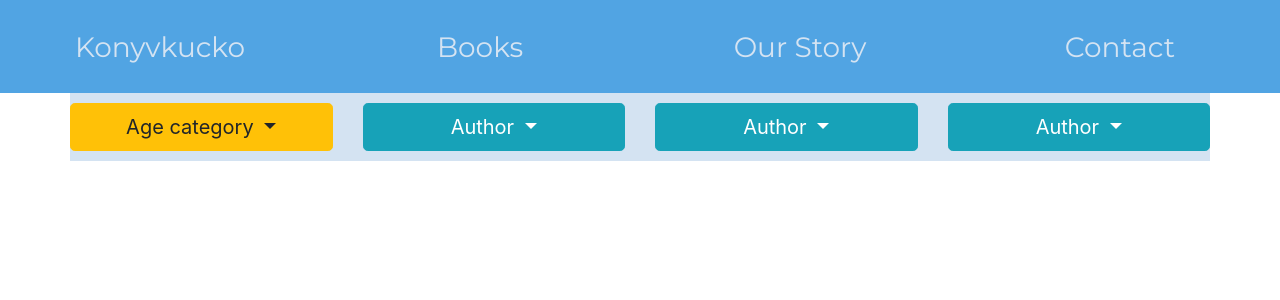
Repository: taikatta/Konyvkucko
Page: books.html
The author's editor kept a record of every edit. The page is drawn from the files as they stood at one moment, then again after the next edit.
The browser window is 1280 px wide. The pictures show the whole page.

Above is the page before.

After the next edit:
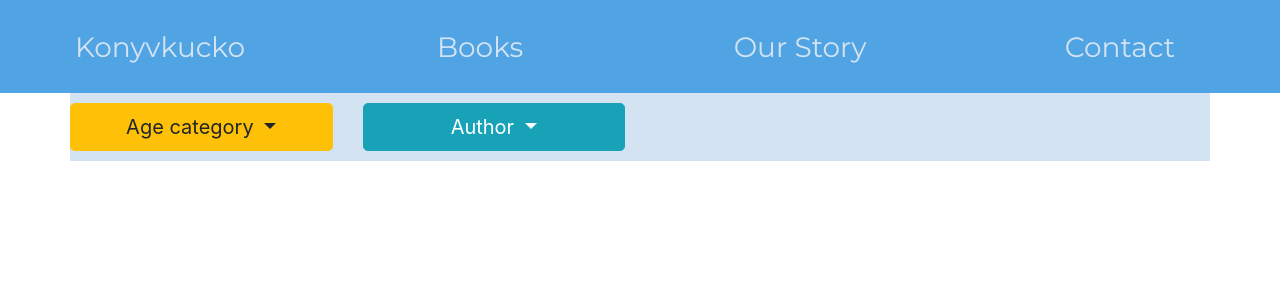
The edit:
--- a/books.html
+++ b/books.html
@@ -67,41 +67,11 @@
                         </div>
 
 
-                    </div>
-                    <div class="col-sm-6 col-md-3 gomb">
-                        <div class="dropdown gomb1">
-                            <button class="btn btn-secondary btn-lg btn-block btn-info dropdown-toggle" type="button" id="dropdownMenuButton" data-toggle="dropdown" aria-haspopup="true" aria-expanded="false">
-    Author
-  </button>
-                            <div class="dropdown-menu" aria-labelledby="dropdownMenuButton">
-                                <a class="dropdown-item" href="#">Berg Judit</a>
-                                <a class="dropdown-item" href="#">Varro Daniel</a>
-                                <a class="dropdown-item" href="#">Agocs Irisz</a>
-                            </div>
-                        </div>
 
-
-                    </div>
-
-
-                    <div class="col-sm-6 col-md-3 gomb">
-                        <div class="dropdown gomb1">
-                            <button class="btn btn-secondary btn-lg btn-block btn-info dropdown-toggle" type="button" id="dropdownMenuButton" data-toggle="dropdown" aria-haspopup="true" aria-expanded="false">
-    Author
-  </button>
-                            <div class="dropdown-menu" aria-labelledby="dropdownMenuButton">
-                                <a class="dropdown-item" href="#">Berg Judit</a>
-                                <a class="dropdown-item" href="#">Varro Daniel</a>
-                                <a class="dropdown-item" href="#">Agocs Irisz</a>
-                            </div>
-                        </div>
-
-
-                    </div>
 
 
                 </div>
-                </form>
+
             </div>
 
         </div>
